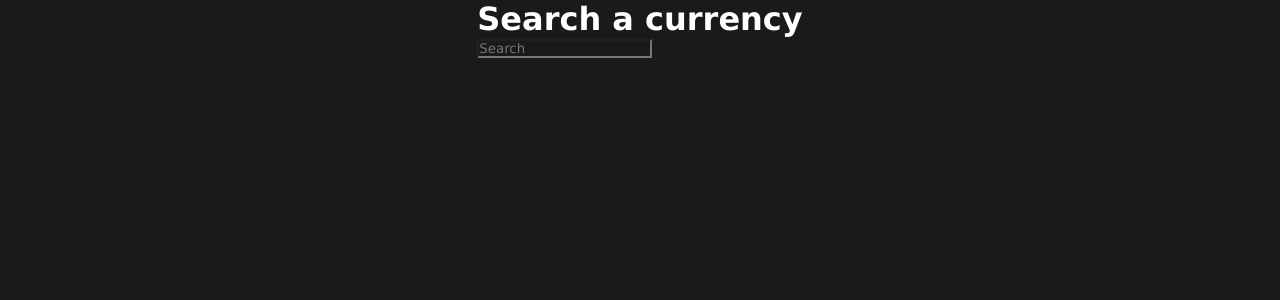
Repository: adder206/react-api-crypto-tracker
Page: /
An editor plug-in stored every save of this project. The page is shown before and after the next save, followed by the edit.
The browser window is 1280 px wide. The pictures show the whole page.
The page's requests for data from a server got no answer. The project was rebuilt for these pictures with package versions that can differ from the ones it lists, and the page was loaded fresh each time. No one was signed in, and anything a server would have sent is missing. Also part of the build but not shown: src/Coin.js, src/Coin.css.

Above is the page before, as saved 2021-03-12 10:47:48.

After the next save:
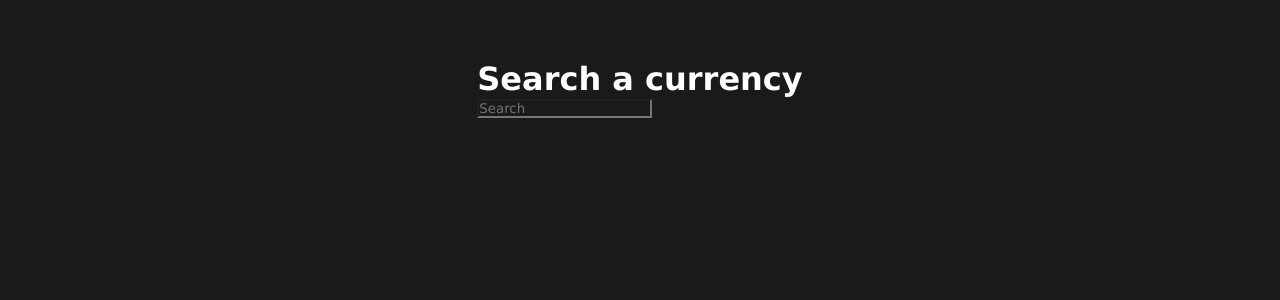
Saved 18 s later.
--- a/src/App.css
+++ b/src/App.css
@@ -11,5 +11,6 @@
   display: flex;
   flex-direction: column;
   align-items: center;
+  margin-top: 60px;
 
 }
